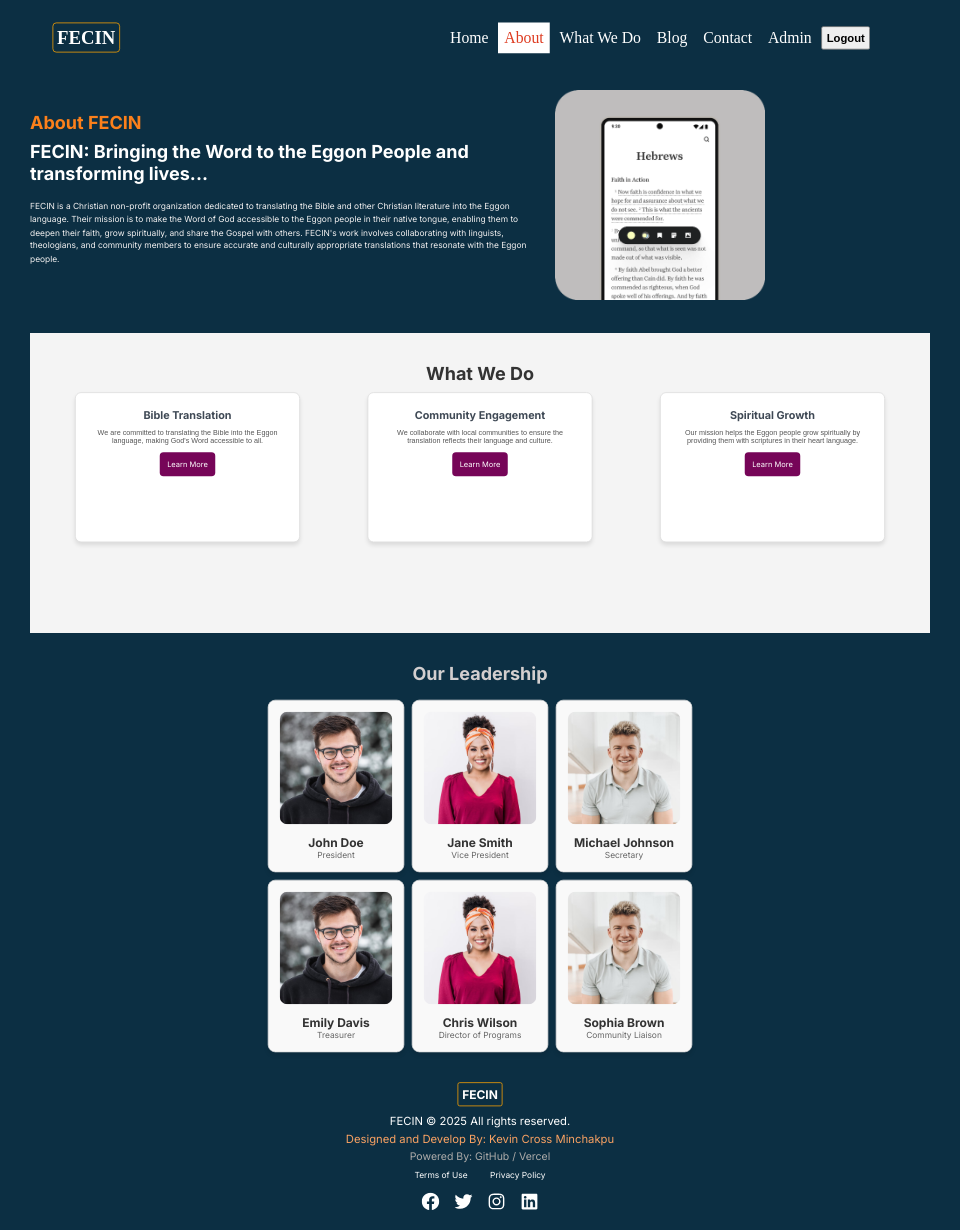
Repository: KCMinchakpu/fecin-projectgs497
Page: /about
An editor plug-in stored every save of this project. The page is shown before and after the next save, followed by the edit.
The browser window is 1280 px wide. The pictures show the whole page, at 75% of full size.
The project was rebuilt for these pictures with package versions that can differ from the ones it lists, and the page was loaded fresh each time. The framework's server and built-in components were replaced by stand-ins that run in the browser. Also part of the build but not shown: next.config.mjs.

Above is the page before, as saved 2025-04-02 18:42:08.

### src/app/layout.js
import {Inter} from "next/font/google";
import "./globals.css";
import Navbar from "@/components/navbar/Navbar";
import Footer from "@/components/footer/Footer";

const inter = Inter({ subsets: ["latin"]});

export const metadata = {
  title: "FECIN Bible Translation Project",
  description: "This is the official FECIN Bible Translation Project",
};

export default function RootLayout({ children }) {
  return (
    <html lang="en">
      <body className={inter.className}>
        <div className="container">
        <Navbar />
        {children}
        <Footer />
        </div>
      </body>
    </html>
  );
}

### src/app/about/page.jsx
import React from 'react';
import Image from 'next/image';
import Link from 'next/link';
import styles from './about.module.css';

const AboutPage = () => {
  return (
    <div className={styles.container}>
      {/* About Section */}
      <div className={styles.aboutSection}>
        <div className={styles.textContainer}>
          <h2 className={styles.subtitle}>About FECIN</h2>
          <h1 className={styles.title}>
            FECIN: Bringing the Word to the Eggon People and transforming lives...
          </h1>
          <p className={styles.desc}>
            FECIN is a Christian non-profit organization dedicated to translating the Bible
            and other Christian literature into the Eggon language. Their mission is to make the
            Word of God accessible to the Eggon people in their native tongue, enabling them to
            deepen their faith, grow spiritually, and share the Gospel with others. FECIN's work
            involves collaborating with linguists, theologians, and community members to ensure
            accurate and culturally appropriate translations that resonate with the Eggon people.
          </p>
        </div>
        <div className={styles.imgContainer}>
          <Image
            src="/bible-app-2.png"
            alt="About Image"
            width={480}
            height={480}
            className={styles.img}
          />
        </div>
      </div>

      {/* Features Section */}
      <div className={styles.featuresContainer}>
        <h2 className={styles.featuresTitle}>What We Do</h2>
        <div className={styles.featuresList}>
          <div className={styles.featureCard}>
            <h3 className={styles.featureTitle}>Bible Translation</h3>
            <p className={styles.featureDesc}>
              We are committed to translating the Bible into the Eggon language, making God's Word accessible to all.
            </p>
            <Link href="/bible-translation" className={styles.learnMoreButton}>Learn More</Link>
          </div>
          <div className={styles.featureCard}>
            <h3 className={styles.featureTitle}>Community Engagement</h3>
            <p className={styles.featureDesc}>
              We collaborate with local communities to ensure the translation reflects their language and culture.
            </p>
            <Link href="/community-engagement" className={styles.learnMoreButton}>Learn More</Link>
          </div>
          <div className={styles.featureCard}>
            <h3 className={styles.featureTitle}>Spiritual Growth</h3>
            <p className={styles.featureDesc}>
              Our mission helps the Eggon people grow spiritually by providing them with scriptures in their heart language.
            </p>
            <Link href="/spiritual-growth" className={styles.learnMoreButton}>Learn More</Link>

          </div>
        </div>
      </div>

      {/* Leadership Section */}
      <div className={styles.leadershipSection}>
        <h2 className={styles.leadershipTitle}>Our Leadership</h2>
        <div className={styles.leadershipGrid}>
          {/* Leader Cards */}
          {[
            { name: 'John Doe', position: 'President', image: '/team-1.jpg' },
            { name: 'Jane Smith', position: 'Vice President', image: '/team-2.jpg' },
            { name: 'Michael Johnson', position: 'Secretary', image: '/team-3.jpg' },
            { name: 'Emily Davis', position: 'Treasurer', image: '/team-1.jpg' },
            { name: 'Chris Wilson', position: 'Director of Programs', image: '/team-2.jpg' },
            { name: 'Sophia Brown', position: 'Community Liaison', image: '/team-3.jpg' },
          ].map((leader, index) => (
            <div key={index} className={styles.leaderCard}>
              <Image src={leader.image} alt={leader.name} width={150} height={150} className={styles.leaderImage} />
              <h3 className={styles.leaderName}>{leader.name}</h3>
              <p className={styles.leaderPosition}>{leader.position}</p>
            </div>
          ))}
        </div>
      </div>
    </div>
  );
};

export default AboutPage;

### src/app/globals.css
:root {
    --bg: #0c2f43;
    --text: white;
    --bgSoft: #091f2c;
    --textSoft: rgb(237, 232, 232);
    --btn: #de3c21;
    --bgWhite: white;
    --textGray: #444444;
}

/* Box sizing rules */
* {
    box-sizing: border-box;
    margin:0;
    padding: 0;
  }

/* Set core body defaults */
body {
    background-color: var(--bgWhite);
    color: var(--text);
  }

a {
    color: inherit;
    text-decoration: none;
}

.container {
  background-color: var(--bg);
  width: 100%; /* Default for small screens */
  margin: auto;
  padding-left: 20px;
  padding-right: 20px;
  min-height: 120vh;
  display: flex;
  flex-direction: column;
  justify-content: space-between;
}

### src/components/navbar/Navbar.jsx
import React from 'react';
import Link from 'next/link';
import Links from "./links/Links";
import styles from "./navbar.module.css";

const Navbar = () => {
  return (
    <div className={styles.container}>
      <Link href="/" className={styles.logo}>FECIN</Link>
      <div>
        <Links />
      </div>
    </div>
  );
};

export default Navbar;

### src/components/footer/Footer.jsx
import React from 'react';
import styles from './footer.module.css';
import { FaFacebook, FaTwitter, FaInstagram, FaLinkedin } from 'react-icons/fa';

const Footer = () => {
  return (
    <div className={styles.container}>
      <div className={styles.logo}>
        {/* You can add a logo image here if needed */}
        <h2>FECIN</h2>
      </div>
      <div>
        <p className={styles.text}>FECIN © 2025 All rights reserved.</p>
        <p className={styles.author}>
          <a href="https://www.linkedin.com/in/kevin-cross-minchakpu-7897379a" target="_blank">Designed and Develop By: Kevin Cross Minchakpu</a>
          </p>
        <p className={styles.company}>
          <a href="https://octatesystems.github.io/OSNigeria/">Powered By: GitHub / Vercel</a>
          </p>
      </div>
      <div className={styles.links}>
        <a href="/terms" className={styles.link}>Terms of Use</a>
        <a href="/privacy" className={styles.link}>Privacy Policy</a>
      </div>
      <div className={styles.socialIcons}>
        <a href="https://facebook.com" target="_blank" rel="noopener noreferrer" className={styles.icon}>
          <FaFacebook />
        </a>
        <a href="https://twitter.com" target="_blank" rel="noopener noreferrer" className={styles.icon}>
          <FaTwitter />
        </a>
        <a href="https://instagram.com" target="_blank" rel="noopener noreferrer" className={styles.icon}>
          <FaInstagram />
        </a>
        <a href="https://linkedin.com" target="_blank" rel="noopener noreferrer" className={styles.icon}>
          <FaLinkedin />
        </a>
      </div>
    </div>
  );
};

export default Footer;

### src/app/about/about.module.css
/* Main Container */
.container {
    display: flex;
    flex-direction: column;
    align-items: center;
    gap: 20px;
    padding: 20px;
  }

  /* About Section */
  .aboutSection {
    display: flex;
    flex-direction: row;
    justify-content: space-between;
    align-items: center;
    gap: 20px;
    width: 100%;
    margin-bottom: 20px;
  }

  /* Text Section */
  .textContainer {
    flex: 1;
    text-align: left;
  }

  /* Text Styles */
  .subtitle {
    font-size: 1.5rem;
    color: #fc801b;
    margin-bottom: 10px;
  }

  .title {
    font-size: 1.5rem;
    font-weight: bold;
    margin-bottom: 20px;
  }

  .desc {
    font-size: .7rem;
    color: #f4f2f2;
    line-height: 1.6;
    margin-bottom: 20px;
  }

  /* Image Section */
  .imgContainer {
    flex: 1;
    position: relative;
    max-width: 500px;
    height: auto;
  }

  .img {
    object-fit: contain;
    width: 280px;
    height: 280px;
    color: #555;
  }

  /* Features Section */
.featuresContainer {
    width: 100%;
    height: 400px; /* Adjust height as needed */
    padding: 40px 20px;
    background-color: #f4f4f4;
    text-align: center;
  }

  .featuresTitle {
    font-size: 1.5rem;
    font-weight: bold;
    color: #333;
    margin-bottom: 10px;
  }

  .featuresList {
    display: grid;
    grid-template-columns: repeat(3, 1fr);
    gap: 10px;
    justify-items: center;
  }

  .featureCard {
    background-color: white;
    border: 1px solid #ddd;
    border-radius: 8px;
    padding: 20px;
    width: 100%;
    height: 200px; /* Adjust height as needed */
    max-width: 300px;
    text-align: center;
    box-shadow: 0 4px 6px rgba(0, 0, 0, 0.1);
  }

  .featureTitle {
    font-size: .9rem;
    font-weight: bold;
    color: #3f4955;
    margin-bottom: 10px;
  }

  .featureDesc {
    font-size: 0.6rem;
    color: #555;
    font-family: Arial, Helvetica, sans-serif;
  }

  .learnMoreButton {
    display: inline-block;
    margin-top: 10px;
    padding: 10px;
    background-color: #760558;
    color: #fff;
    border: none;
    border-radius: 5px;
    text-align: center;
    text-decoration: none;
    font-size: 10px;
    cursor: pointer;
    transition: background-color 0.3s ease;
  }

  .learnMoreButton:hover {
    background-color: #53769b;
  }

  /* Leadership Section */
.leadershipSection {
  margin-top: 20px;
  text-align: center;
}

.leadershipTitle {
  font-size: 1.5rem;
  margin-bottom: 20px;
  color: #d3cfcf;
}

.leadershipGrid {
  display: grid;
  grid-template-columns: repeat(3, 1fr);
  gap: 10px;
  justify-items: center;
  align-items: center;
}

.leaderCard {
  background-color: #f9f9f9;
  border: 1px solid #ddd;
  border-radius: 10px;
  padding: 15px;
  text-align: center;
  box-shadow: 0 4px 6px rgba(0, 0, 0, 0.1);
  transition: transform 0.3s, box-shadow 0.3s;
}

.leaderCard:hover {
  transform: translateY(-5px);
  box-shadow: 0 8px 12px rgba(0, 0, 0, 0.15);
}

.leaderImage {
  border-radius: 10px;
  margin-bottom: 10px;
}

.leaderName {
  font-size: 1rem;
  font-weight: bold;
  color: #333;
}

.leaderPosition {
  font-size: .7rem;
  color: #666;
}

@media (min-width: 480px) {
  .Container {
    flex-direction: column;
  }
}

### src/components/navbar/links/Links.jsx
"use client"

import React from "react";
import {useState} from  "react";
import Image from 'next/image';
import NavLink from "../navLink/NavLink";
import styles from "./links.module.css";


const links = [
  { title: "Home", path: "/" },
  { title: "About", path: "/about" },
  { title: "What We Do", path: "/whatwedo" },
  { title: "Blog", path: "/blog" },
  { title: "Contact", path: "/contact" },
];

const Links = () => {
  const [open,setOpen] = useState(false)

  //Temporary
  const session = true
  const isAdmin = true

  return (
    <div className={styles.container}>
    <div className={styles.links}>
      {links.map((link) => (
        <NavLink item={link} key={link.title} />
      ))}
      {session ? (
          <>
          {isAdmin && <NavLink item={{title: "Admin", path: "/admin"}} />}
         <button className={styles.logout}>Logout</button>
         </>
        ) : (
          <NavLink item={{title: "Login", path: "/login"}} />
        )
      }
      </div>
      <Image
      className={styles.menuButton}
      src="/menu.png"
      alt="Hamburger menu"
      width={30}
      height={30} onClick={() => setOpen((prev) => !prev)}
      />

      {open && ( <div className={styles.mobileLinks}>
          {links.map((link) => (
        <NavLink item={link} key={link.title} />
      ))}
    </div>
)}
</div>
  );
};

export default Links;

### src/components/navbar/navbar.module.css
.container {
    height: 100px;
    display: flex;
    align-items: center;
    justify-content: space-between;
}

.logo {
    font-size: 25px;
    font-weight: bold;
    font-family: "Play", serif;
    font-weight: 700;
    font-style: normal;
    border: 1.5px solid orange;
    padding: 5px;
    border-radius: 5px;
    margin-left: 50px;
}

### src/components/footer/footer.module.css
/* Footer Container */
.container {
    background-color: var(--bg);
    color: white;
    display: flex;
    flex-direction: column;
    align-items: center;
    justify-content: space-between;
    padding: 20px;
    text-align: center;
  }

  .logo h2 {
    font-size: 1rem;
    margin-bottom: 10px;
    border: 1px solid orange;
    padding: 5px;
    border-radius: 3px;
  }

  .text {
    margin-bottom: 5px;
    font-size: 15px;

  }
  .author {
    margin-bottom: 5px;
    font-size: 15px;
    color: rgb(250, 162, 99);
  }

  .company {
    margin-bottom: 5px;
    font-size: 14px;
    color: rgb(174, 172, 170);
  }

  .author:hover {
    text-decoration: underline;
  }

  .company:hover {
    text-decoration: underline;
  }

  .links {
    margin-bottom: 15px;
  }

  .link {
    color: white;
    margin: 0 15px;
    text-decoration: none;
    font-size: 0.7rem;
  }

  .link:hover {
    text-decoration: underline;
  }

  .socialIcons {
    display: flex;
    justify-content: center;
    gap: 20px;
  }

  .icon {
    font-size: 1.5rem;
    color: white;
    transition: color 0.3s ease;
  }

  .icon:hover {
    color: #0070f3;
  }


  @media (min-width: 768px) {
    .container {
      flex-direction: column;
      align-items: center;
      justify-content: space-around;
    }
  }

### src/components/navbar/navLink/navLink.jsx
"use client";

import React from "react";
import Link from "next/link";
import { usePathname } from "next/navigation";
import styles from "./navLink.module.css";

const NavLink = ({ item }) => {
  const pathName = usePathname();
  return (
    <Link
      href={item.path}
      className={`${styles.container} ${
        pathName === item.path ? styles.active : ""
      }`}
    >
      {item.title}
    </Link>
  );
};

export default NavLink;

### src/components/navbar/links/links.module.css
.links {
    display: flex;
    align-items: center;
    gap: 5px;
    font-family: "Play", serif;
    font-style: normal;
    margin-right: 100px;
    font-size: 21px;
}

.logout {
    padding: 5px;
    cursor: pointer;
    font-weight: bold;
    font-size: 15px;
}

.menuButton,
.mobileLinks {
   display: none;
  }

  @media (max-width: 480px){
    .links {
        display: none;
    }

    .menuButton {
        display: block;
        cursor: pointer;
      }

    .mobileLinks {
        position: absolute;
        top: 100px;
        right: 0;
        width: 50%;
        height: calc(100vh-100px);
        /*background-color: var(--bg);*/
       background-color: brown;
        display: flex;
        flex-direction: column;
        align-items: center;
        justify-content: center;
        gap: 10px;
      }
  }

### src/components/navbar/navLink/navLink.module.css
.container {
    padding: 8px;
    text-align: center;


}

.active {
    background-color: var(--text);
    color: var(--btn);
}

After the next save:
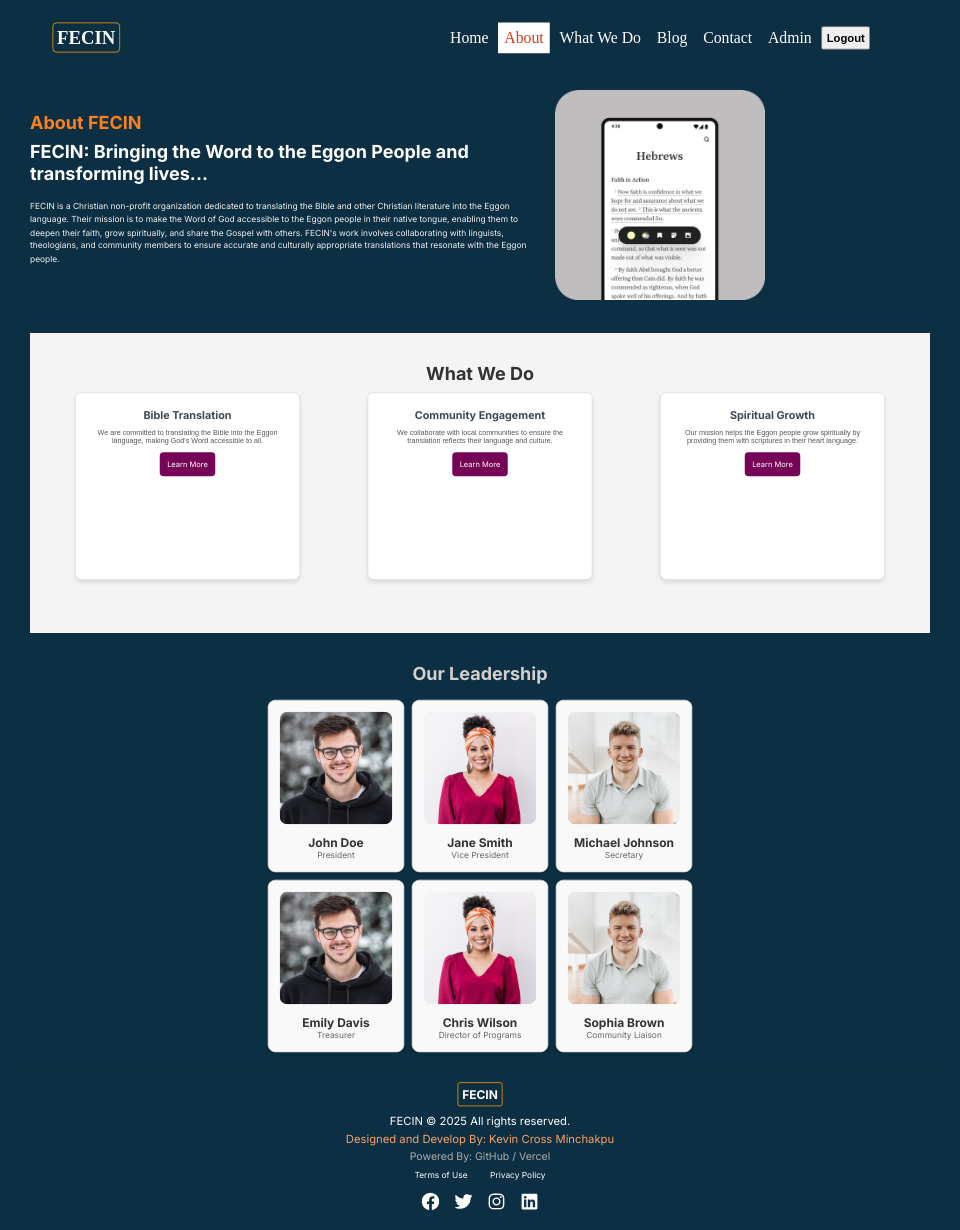
Saved 24 s later.
--- a/src/app/about/about.module.css
+++ b/src/app/about/about.module.css
@@ -88,7 +88,7 @@
     border-radius: 8px;
     padding: 20px;
     width: 100%;
-    height: 200px; /* Adjust height as needed */
+    height: 250px; /* Adjust height as needed */
     max-width: 300px;
     text-align: center;
     box-shadow: 0 4px 6px rgba(0, 0, 0, 0.1);
